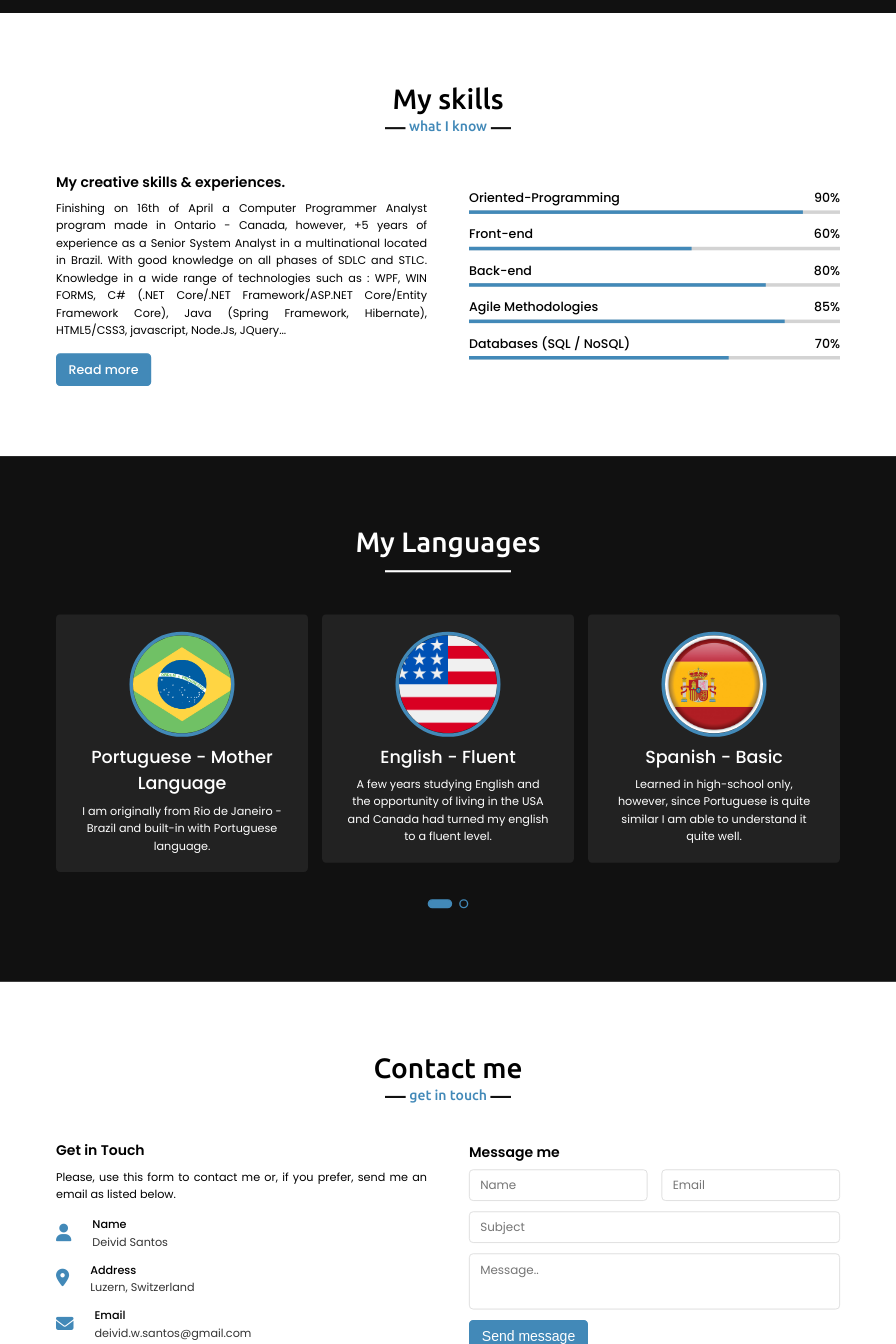
Repository: deividwsantoss/portfolio
Page: index.html
These files come from the project's save history. The page is drawn as it stood at one moment and after the next save; the edit follows.
The browser window is 1280 px wide. The pictures show the part of the page from y = 2082 to 4002 px (the page is 4170 px tall before and 4123 px after), at 70% of full size.
Some web libraries are served in a nearby version.

Above is the page before, as saved 2021-03-17 17:32:53.

### index.html
<!DOCTYPE html>
<html lang="en">
    <head>
        <meta charset="UTF-8">
        <meta name="viewport" content="width=device-width, initial-scale=1.0">
       <title>Deivid Santos Portfolio</title>
        <link rel="stylesheet" href="./Content/style.css">
        <script src="https://kit.fontawesome.com/a076d05399.js"></script>
        <script  src="https://code.jquery.com/jquery-3.5.1.min.js"></script>
        <script src="https://cdnjs.cloudflare.com/ajax/libs/typed.js/2.0.11/typed.min.js"></script>
        <script src="https://cdnjs.cloudflare.com/ajax/libs/waypoints/4.0.1/jquery.waypoints.min.js"></script>
        <script src="https://cdnjs.cloudflare.com/ajax/libs/OwlCarousel2/2.3.4/owl.carousel.min.js"></script>
        <link rel="stylesheet" href="https://cdnjs.cloudflare.com/ajax/libs/OwlCarousel2/2.3.4/assets/owl.carousel.min.css"/>
    </head>
<body>
    <nav class="navbar">
        <div class="max-width">
            <div class="logo"><a href="#">Portfo<span>lio.</span></a></div>
            <ul class="menu">
                <li><a href="#home" class="menu-btn">Home</a></li>
                <li><a href="#about" class="menu-btn">About</a></li>
                <li><a href="#services" class="menu-btn">Services</a></li>
                <li><a href="#skills" class="menu-btn">Skills</a></li>
                <li><a href="#teams" class="menu-btn">Languages</a></li>
                <li><a href="#contact" class="menu-btn">Contact</a></li>
            </ul>
            <div class="menu-btn">
                <i class="fas fa-bars"></i>
            </div>
        </div>
    </nav>

    <!-- Home Section Start -->
    <section class="home" id="home">
        <div class="max-width">
            <div class="home-content">
                <div class="text-1">Hello, my name is </div>
                <div class="text-2">Deivid Santos</div>
                <div class="text-3">And I'm a  <span class="typing"></span></div>
            </div>
        </div>
    </section>
<!-- about section start -->
<section class="about" id="about">
    <div class="max-width">
        <h2 class="title">About me</h2>
        <div class="about-content">
            <div class="column left">
                <img src="profile-2.jpeg" alt="">
            </div>
            <div class="column right">
                <div class="text">I'm Deivid and I'm a <span class="typing-2"></span></div>
                <p>A Self-motivated professional, with over 5 years of experience within the IT Field. Excellent team worker with collaboration skills , however, totally capable of managing projects on my own. Passionate about technology in general, and a strong believer that the hard work pays off. Solid understanding in Software Development Life Cycle (SDLC) and as well Testing life cycle.     </p>
                <a href="./DEIVIDRODRIGUES_RESUME.pdf">Download CV</a>
            </div>
        </div>
    </div>
</section>
  <!-- services section start -->
  <section class="services" id="services">
    <div class="max-width">
        <h2 class="title">My services</h2>
        <div class="serv-content">
            <div class="card">
                <div class="box">
                    <i class="fas fa-laptop-code"></i>
                    <div class="text">Software Development</div>
                    <p>With good knowledge in Oriented-Object Programming, solutions-oriented professional, I am passionate about all the Software Development Life Cycle, from extensive analysis and design though execution and maintenance. </p>
                </div>
            </div>
            <div class="card">
                <div class="box">
                    <i class="fas fa-chart-line"></i>
                    <div class="text">Test / QA Engineer</div>
                    <p>Experienced professional regarding software testing and quality assurance, with excellent analytical and diversified experience in manual and automated testing of web-based and client/server application.               &nbsp</p>
                </div>
            </div>
            <div class="card">
                <div class="box">
                    <i class="fas fa-code"></i>
                    <div class="text">Software Engineer</div>
                    <p>Seasoned, forward-looking, with +4 years' background in creating and executing innovative software solutions to enhance business productivity. Able to work in a fast-paced, deadline-driven environment.</p>
                </div>
            </div>
           </div>
        </div>
    </div>
</section>

<!-- skills section start -->
<section class="skills" id="skills">
    <div class="max-width">
        <h2 class="title">My skills</h2>
        <div class="skills-content">
            <div class="column left">
                <div class="text">My creative skills & experiences.</div>
                <p>Finishing on 16th of April a Computer Programmer Analyst program made in Ontario - Canada, however, +5 years of experience as a Senior System Analyst in a multinational located in Brazil. With good knowledge on all phases of SDLC and STLC. Knowledge in a wide range of technologies such as : WPF, WIN FORMS, C# (.NET Core/.NET Framework/ASP.NET Core/Entity Framework Core), Java (Spring Framework, Hibernate), HTML5/CSS3, javascript, Node.Js, JQuery...     </p>
                <a href="#">Read more</a>
            </div>
            <div class="column right">
                <div class="bars">
                    <div class="info">
                        <span>Oriented-Programming</span>
                        <span>90%</span>
                    </div>
                    <div class="line html"></div>
                </div>
                <div class="bars">
                    <div class="info">
                        <span>Front-end</span>
                        <span>60%</span>
                    </div>
                    <div class="line css"></div>
                </div>
                <div class="bars">
                    <div class="info">
                        <span>Back-end</span>
                        <span>80%</span>
                    </div>
                    <div class="line js"></div>
                </div>
                <div class="bars">
                    <div class="info">
                        <span>Agile Methodologies</span>
                        <span>85%</span>
                    </div>
                    <div class="line php"></div>
                </div>
                <div class="bars">
                    <div class="info">
                        <span>Databases (SQL / NoSQL)</span>
                        <span>70%</span>
                    </div>
                    <div class="line mysql"></div>
                </div>
            </div>
        </div>
    </div>
</section>

<!-- speaking section start -->
<section class="teams" id="teams">
    <div class="max-width">
        <h2 class="title">My Languages</h2>
        <div class="carousel owl-carousel">
            <div class="card">
                <div class="box">
                    <img src="images/brazil.jpg" alt="">
                    <div class="text">Portuguese - Mother Language</div>
                    <p>I am originally from Rio de Janeiro - Brazil and built-in with Portuguese language.                                               </p>
                </div>
            </div>
            <div class="card">
                <div class="box">
                    <img src="images/usa.png" alt="">
                    <div class="text">English - Fluent</div>
                    <p>A few years studying English and the opportunity of living in the USA and Canada had turned my english to a fluent level.   </p>
                </div>
            </div>
            <div class="card">
                <div class="box">
                    <img src="images/depositphotos_5100716-stock-illustration-spain-flag-icon.jpg" alt="">
                    <div class="text">Spanish - Basic</div>
                    <p>Learned in high-school only, however, since Portuguese is quite similar I am able to understand it quite well.                       </p>
                </div>
            </div>
            <div class="card">
                <div class="box">
                    <img src="images/germany.jpg" alt="">
                    <div class="text">German - Basic</div>
                    <p>Studied the basics in a German-School, however, I am still learning and practicing the language in a daily-basis.                 </div>
            </div>
            <div class="card">
                <div class="box">
                    <img src="images/switzerland.jpg" alt="">
                    <div class="text">Swiss-German</div>
                    <p>Since I am currently living in Luzern-Switzerland and married to a Swiss woman, I am able to hear a lot more of this language and try it out sometimes. </p>
                </div>
            </div>
        </div>
    </div>
</section>

<!-- contact section start -->
<section class="contact" id="contact">
    <div class="max-width">
        <h2 class="title">Contact me</h2>
        <div class="contact-content">
            <div class="column left">
                <div class="text">Get in Touch</div>
                <p>Please, use this form to contact me or, if you prefer, send me an email as listed below.</p>
                <div class="icons">
                    <div class="row">
                        <i class="fas fa-user"></i>
                        <div class="info">
                            <div class="head">Name</div>
                            <div class="sub-title">Deivid Santos</div>
                        </div>
                    </div>
                    <div class="row">
                        <i class="fas fa-map-marker-alt"></i>
                        <div class="info">
                            <div class="head">Address</div>
                            <div class="sub-title">Luzern, Switzerland</div>
                        </div>
                    </div>
                    <div class="row">
                        <i class="fas fa-envelope"></i>
                        <div class="info">
                            <div class="head">Email</div>
                            <div class="sub-title">deivid.w.santos@gmail.com</div>
                        </div>
                    </div>
                </div>
            </div>
            <div class="column right">
                <div class="text">Message me</div>
                <form id="contact-form" action="https://formspree.io/f/xknplabb" method="POST">
                    <div class="fields">
                        <div class="field name">
                            <input id="inputName" name="formName" type="text" placeholder="Name" required />
                        </div>
                        <div class="field email">
                            <input id="inputEmail" name="formEmail" type="email" placeholder="Email" required/>
                        </div>
                    </div>
                    <div class="field">
                        <input id="inputSubject" name="formSubject" type="text" placeholder="Subject" required/>
                    </div>
                    <div class="field textarea">
                        <textarea id="inputMessage" name="formMessage" cols="30" rows="10" placeholder="Message.." required></textarea>
                    </div>
                    <div class="button">
                        <button type="submit">Send message</button>
                    </div>
                </form>
            </div>
        </div>
    </div>
</section>

<!-- footer section start -->
<footer>
    <span>Created By Deivid Santos | <span class="far fa-copyright"></span> 2021 All rights reserved.</span>
</footer>

<script src="./Scripts/script.js" type="text/javascript"></script>
</body>

</html>

Loaded but not shown: Scripts/script.js (77 lines, source omitted); Content/style.css (673 lines, source omitted)

After the next save:
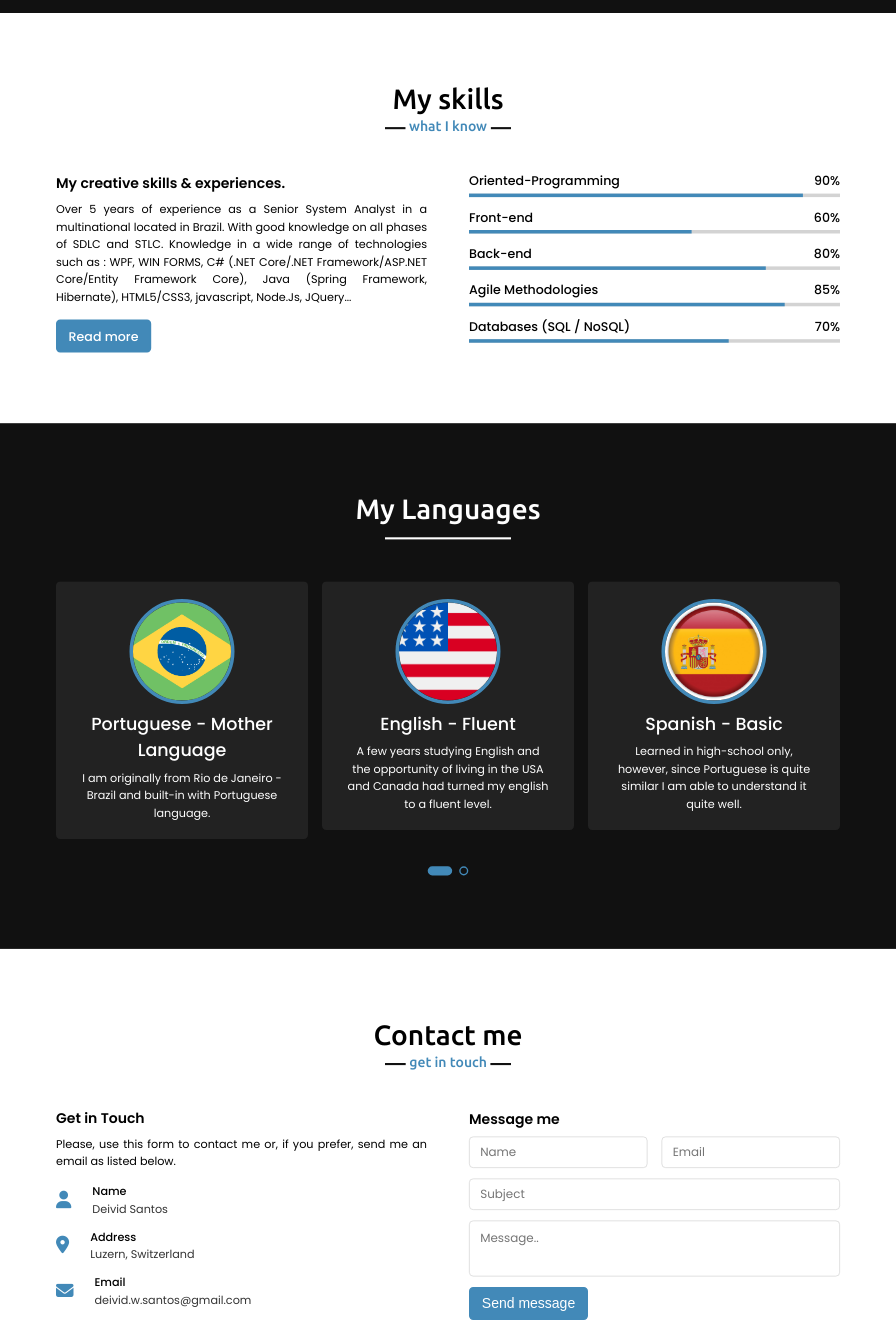
Saved 5 days later.
--- a/index.html
+++ b/index.html
@@ -94,7 +94,7 @@
         <div class="skills-content">
             <div class="column left">
                 <div class="text">My creative skills & experiences.</div>
-                <p>Finishing on 16th of April a Computer Programmer Analyst program made in Ontario - Canada, however, +5 years of experience as a Senior System Analyst in a multinational located in Brazil. With good knowledge on all phases of SDLC and STLC. Knowledge in a wide range of technologies such as : WPF, WIN FORMS, C# (.NET Core/.NET Framework/ASP.NET Core/Entity Framework Core), Java (Spring Framework, Hibernate), HTML5/CSS3, javascript, Node.Js, JQuery...     </p>
+                <p>Over 5 years of experience as a Senior System Analyst in a multinational located in Brazil. With good knowledge on all phases of SDLC and STLC. Knowledge in a wide range of technologies such as : WPF, WIN FORMS, C# (.NET Core/.NET Framework/ASP.NET Core/Entity Framework Core), Java (Spring Framework, Hibernate), HTML5/CSS3, javascript, Node.Js, JQuery...     </p>
                 <a href="#">Read more</a>
             </div>
             <div class="column right">
